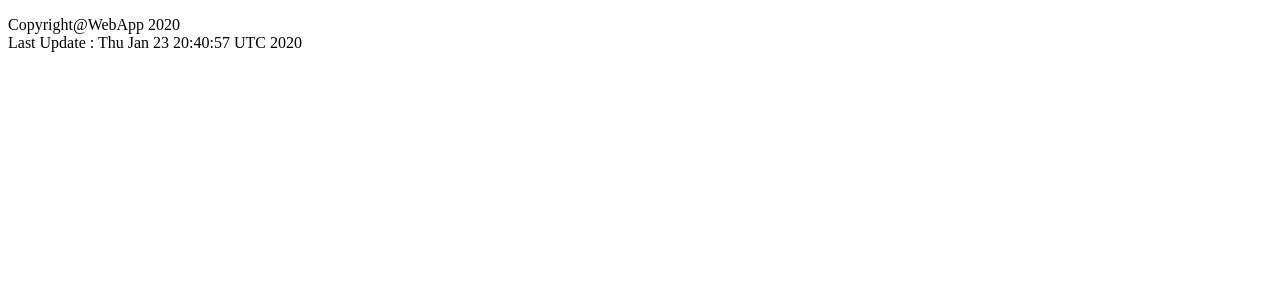
Repository: SriMerla/ServletsAndJsps
Page: http://localhost/WebApplicationProject/footer.jsp
An editor plug-in stored every save of this project. The page is shown before and after the next save, followed by the edit.
The browser window is 1280 px wide. The pictures show the whole page.
The page is served by Tomcat 9.

Above is the page before, as saved 2020-01-30 05:12:35.

After the next save:
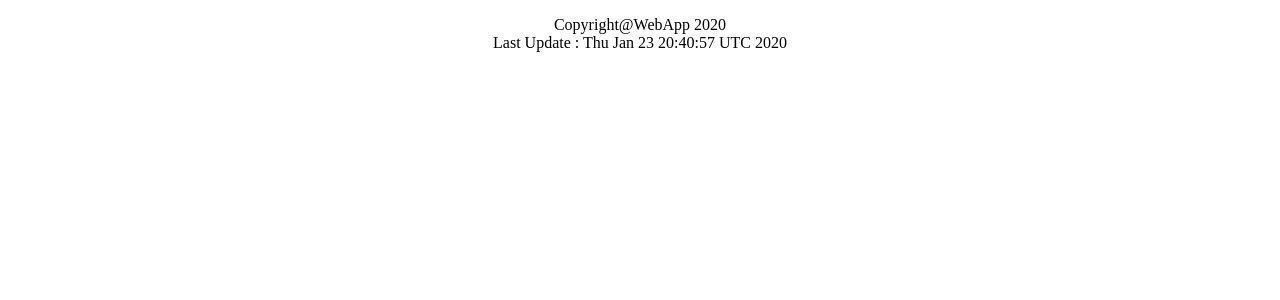
Saved 94 s later.
--- a/Servlets/WebApplicationProject/WebContent/footer.jsp
+++ b/Servlets/WebApplicationProject/WebContent/footer.jsp
@@ -7,7 +7,7 @@
 <title>footer</title>
 </head>
 <body>
-    <p>
+    <p align="Center" color="white" background-color="#ddd">
       Copyright@WebApp 2020<br>
       Last Update : <%= new java.util.Date() %>
 
